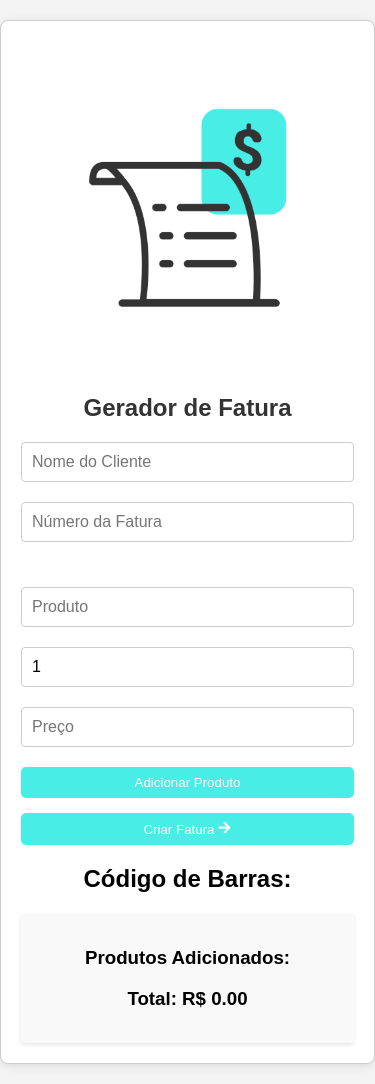
Repository: thmedu/Gerador-de-Faturas
Page: /
These files come from the project's save history. The page is drawn as it stood at one moment and after the next save; the edit follows.
The browser window is 375 px wide. The pictures show the whole page.
The project was rebuilt for these pictures with package versions that can differ from the ones it lists, and the page was loaded fresh each time. Also part of the build but not shown: vite.config.js, src/Componete/Template.jsx.

Above is the page before, as saved 2024-07-16 22:04:37.

### index.html
<!DOCTYPE html>
<html lang="pt-BR">

<head>
  <meta charset="UTF-8" />
  <meta name="viewport" content="width=device-width, initial-scale=1.0" />
  <meta name="description" content="Gere sua fatura de forma simples e rápida com nosso gerador de faturas em React." />
  <meta name="keywords" content="fatura, gerador de faturas, React, financeiro" />
  <meta name="author" content="Thomas Eduardo" />
  <link rel="stylesheet" href="./src/App.css">
  <link rel="icon" href="./public/logo.png" />
  <title>Gere sua Fatura</title>
</head>


<body>
  <div id="root"></div>
  <script type="module" src="./src/main.jsx"></script>
</body>

</html>

### src/App.css
/* Global Styles */
body {
  font-family: 'Arial', sans-serif;
  background-color: #f4f4f4;
  margin: 0;
  padding: 0;
}

.container {
  max-width: 800px;
  margin: 20px auto;
  padding: 20px;
  background: #ffffff;
  border-radius: 8px;
  box-shadow: 0 4px 8px rgba(0, 0, 0, 0.1);
}

.logo {
  display: block;
  margin: 0 auto 20px;
  max-width: 100%;
  height: auto;
}

.title {
  text-align: center;
  color: #333;
  margin-bottom: 20px;
}

/* Form Styles */
.form {
  display: flex;
  flex-direction: column;
  gap: 15px;
}

.inputs {
  display: flex;
  gap: 10px;
  flex-wrap: wrap; /* Allow wrapping */
}

.input-field {
  flex: 1;
  padding: 10px;
  border: 1px solid #ccc;
  border-radius: 4px;
  font-size: 16px;
  min-width: 200px; /* Minimum width for inputs */
  box-sizing: border-box; /* Include padding and border in width */
}

.submit-button {
  padding: 10px 15px;
  background-color: #48ede5;
  color: #fff;
  border: none;
  border-radius: 5px;
  cursor: pointer;
  transition: background-color 0.3s;
}

.submit-button:hover {
  background-color: #36b8c2;
}

.product-form {
  margin-top: 20px;
  display: flex;
  flex-direction: column;
  gap: 10px;
}

.product-form input {
  padding: 10px;
  border: 1px solid #ccc;
  border-radius: 4px;
  width: 100%; /* Full width for product inputs */
  box-sizing: border-box; /* Include padding and border in width */
}

/* Product List Styles */
.product-list {
  margin-top: 20px;
  padding: 10px;
  background: #f9f9f9;
  border-radius: 4px;
  box-shadow: 0 2px 4px rgba(0, 0, 0, 0.1);
}

.product-list ul {
  list-style-type: none;
  padding: 0;
}

.product-list li {
  padding: 8px 0;
  border-bottom: 1px solid #ddd;
}

.product-list li:last-child {
  border-bottom: none;
}

/* Barcode and PDF Container Styles */
.barcode-container {
  margin-top: 20px;
  text-align: center;
}

.pdf-container {
  padding: 20px;
  background: #ffffff;
  border-radius: 8px;
  box-shadow: 0 4px 8px rgba(0, 0, 0, 0.1);
}

/* Button Styles */
.back-button {
  margin-top: 20px;
  padding: 10px 15px;
  background-color: #ff6b6b;
  color: white;
  border: none;
  border-radius: 5px;
  cursor: pointer;
  transition: background-color 0.3s;
}

.back-button:hover {
  background-color: #e55b5b;
}

/* Media Queries */
@media (max-width: 600px) {
  .inputs {
    flex-direction: column;
  }

  .input-field {
    margin-bottom: 10px;
    width: 100%; /* Full width on small screens */
  }

  .product-list, .pdf-container {
    padding: 15px; /* Less padding for smaller screens */
  }

  .submit-button {
    width: 100%; /* Full width for the button */
  }

  .back-button {
    width: 100%; /* Full width for the back button */
  }
}

@media (max-width: 400px) {
  .submit-button, .back-button {
    padding: 8px; /* Smaller padding on extra small screens */
  }

  .title {
    font-size: 1.5em; /* Adjust font size for smaller screens */
  }
}

### src/main.jsx
import React from 'react';
import ReactDOM from 'react-dom/client';
import App from './App';
import 'react-toastify/dist/ReactToastify.css';
import { ToastContainer } from 'react-toastify';


const root = ReactDOM.createRoot(document.getElementById('root'));


root.render(
  <React.StrictMode>
    <ToastContainer />
    <App />
  </React.StrictMode>,
);

### src/App.jsx
import React, { useState, useEffect } from 'react';
import './App.css';
import TemplatePdf from './Componete/Template';
import Barcode from 'react-barcode';
import { FaArrowRight, FaArrowLeft, FaEdit, FaTrash } from 'react-icons/fa';
import { toast, ToastContainer } from 'react-toastify';
import logo from '/logo.png';

function App() {
  const [numeroDaFatura, setNumeroDaFatura] = useState('');
  const [nomeCliente, setNomeCliente] = useState('');
  const [data, setData] = useState('');
  const [visualizar, setVisualizar] = useState(true);
  const [loading, setLoading] = useState(false);
  const [produtos, setProdutos] = useState([]);
  const [produto, setProduto] = useState('');
  const [quantidade, setQuantidade] = useState(1);
  const [preco, setPreco] = useState('');
  const [editIndex, setEditIndex] = useState(null);

  useEffect(() => {
    const atual = new Date();
    const dataFormatada = `${String(atual.getDate()).padStart(2, '0')}/${String(
      atual.getMonth() + 1,
    ).padStart(2, '0')}/${atual.getFullYear()}`;
    setData(dataFormatada);

    const storedData = JSON.parse(localStorage.getItem('invoiceData'));
    if (storedData) {
      setNumeroDaFatura(storedData.numeroDaFatura);
      setNomeCliente(storedData.nomeCliente);
      setProdutos(storedData.produtos);
    }
  }, []);

  useEffect(() => {
    localStorage.setItem(
      'invoiceData',
      JSON.stringify({ numeroDaFatura, nomeCliente, produtos }),
    );
  }, [numeroDaFatura, nomeCliente, produtos]);

  const validarEntrada = () => {
    if (!numeroDaFatura.match(/^[0-9]+$/)) {
      toast.error('Por favor, insira um número de fatura válido.');
      return false;
    }
    if (!nomeCliente) {
      toast.error('Por favor, insira o nome do cliente.');
      return false;
    }
    return true;
  };

  const criarFatura = () => {
    if (!validarEntrada()) return;

    setLoading(true);
    setTimeout(() => {
      toast.success('Fatura criada com sucesso!');
      setLoading(false);
      setVisualizar(false);
    }, 500);
  };

  const validarEntradaProduto = () => {
    if (!produto) {
      toast.error('Por favor, insira o nome do produto.');
      return false;
    }
    if (quantidade <= 0) {
      toast.error('Quantidade deve ser maior que zero.');
      return false;
    }
    if (preco <= 0) {
      toast.error('Preço deve ser maior que zero.');
      return false;
    }
    return true;
  };

  const adicionarProduto = () => {
    if (validarEntradaProduto()) {
      const newProduto = {
        produto,
        quantidade: Number(quantidade),
        preco: Number(preco),
      };
      if (editIndex !== null) {
        const updatedProdutos = produtos.map((item, index) =>
          index === editIndex ? newProduto : item,
        );
        setProdutos(updatedProdutos);
        setEditIndex(null);
        toast.success('Produto atualizado com sucesso!');
      } else {
        setProdutos((prevProdutos) => [...prevProdutos, newProduto]);
        toast.success('Produto adicionado com sucesso!');
      }
      resetProdutoFields();
    }
  };

  const editarProduto = (index) => {
    const produtoEditado = produtos[index];
    setProduto(produtoEditado.produto);
    setQuantidade(produtoEditado.quantidade);
    setPreco(produtoEditado.preco);
    setEditIndex(index);
  };

  const removerProduto = (index) => {
    setProdutos(produtos.filter((_, i) => i !== index));
    toast.success('Produto removido com sucesso!');
  };

  const resetProdutoFields = () => {
    setProduto('');
    setQuantidade(1);
    setPreco('');
  };

  const totalFatura = produtos.reduce(
    (acc, curr) => acc + curr.quantidade * curr.preco,
    0,
  );

  const voltar = () => {
    setVisualizar(true);
    resetForm();
  };

  const resetForm = () => {
    setNumeroDaFatura('');
    setNomeCliente('');
    setProdutos([]);
    localStorage.removeItem('invoiceData');
  };

  return (
    <>
      <ToastContainer />
      {visualizar ? (
        <div className="container">
          <img src={logo} alt="Logo" className="logo" />
          <h1 className="title">Gerador de Fatura</h1>
          <div className="form">
            <div className="inputs">
              <input
                type="text"
                placeholder="Nome do Cliente"
                value={nomeCliente}
                onChange={(e) => setNomeCliente(e.target.value)}
                disabled={loading}
                className="input-field"
                required
              />
              <input
                type="text"
                placeholder="Número da Fatura"
                value={numeroDaFatura}
                onChange={(e) => setNumeroDaFatura(e.target.value)}
                disabled={loading}
                className="input-field"
                required
              />
            </div>
            <div className="product-form">
              <input
                type="text"
                placeholder="Produto"
                value={produto}
                onChange={(e) => setProduto(e.target.value)}
                className="input-field"
              />
              <input
                type="number"
                placeholder="Quantidade"
                value={quantidade}
                onChange={(e) => setQuantidade(e.target.value)}
                className="input-field"
                min="1"
              />
              <input
                type="number"
                placeholder="Preço"
                value={preco}
                onChange={(e) => setPreco(e.target.value)}
                className="input-field"
                min="0"
              />
              <button onClick={adicionarProduto} className="submit-button">
                {editIndex !== null ? 'Atualizar Produto' : 'Adicionar Produto'}
              </button>
            </div>
            <div className="buttons">
              <button
                onClick={criarFatura}
                disabled={loading}
                className="submit-button"
                title={
                  loading
                    ? 'Aguarde enquanto a fatura é criada'
                    : 'Criar fatura'
                }
              >
                {loading ? 'Criando...' : 'Criar Fatura'} <FaArrowRight />
              </button>
            </div>
          </div>
          <div className="barcode-container">
            <h2>Código de Barras:</h2>
            {numeroDaFatura && <Barcode value={numeroDaFatura} />}
          </div>
          <div className="product-list">
            <h3>Produtos Adicionados:</h3>
            <ul>
              {produtos.map((item, index) => (
                <li key={index}>
                  {item.quantidade} x {item.produto} @ R${' '}
                  {item.preco.toFixed(2)} = R${' '}
                  {(item.quantidade * item.preco).toFixed(2)}
                  <button onClick={() => editarProduto(index)}>
                    <FaEdit />
                  </button>
                  <button onClick={() => removerProduto(index)}>
                    <FaTrash />
                  </button>
                </li>
              ))}
            </ul>
            <h3>Total: R$ {totalFatura.toFixed(2)}</h3>
          </div>
        </div>
      ) : (
        <div className="pdf-container">
          <TemplatePdf
            NumeroDaFatura={numeroDaFatura}
            data={data}
            nomeCliente={nomeCliente}
            produtos={produtos}
            total={totalFatura}
          />
          <button onClick={voltar} className="back-button">
            Voltar <FaArrowLeft />
          </button>
        </div>
      )}
    </>
  );
}

export default App;

### src/Componete/Template.css
/* Template.css */

.container {
  max-width: 800px;
  margin: 20px auto;
  padding: 20px;
  border: 1px solid #ccc;
  border-radius: 8px;
  box-shadow: 0 2px 10px rgba(0, 0, 0, 0.1);
  background-color: #fff;
  text-align: center; /* Center align text */
}

.logo {
  margin-bottom: 20px; /* Space below logo */
}

.logo img {
  max-width: 100%;
  height: auto;
}

.title {
  color: #333;
  font-size: 2em; /* Increased font size for better visibility */
  margin-bottom: 20px; /* Space below title */
}

.client-info,
.payment-method {
  margin: 15px 0;
  font-size: 1.1em; /* Slightly larger text for better readability */
}

.table {
  width: 100%;
  border-collapse: collapse;
  margin: 20px 0;
}

.table th,
.table td {
  border: 1px solid #ddd;
  padding: 12px; /* Increased padding for better spacing */
  text-align: left;
}

.table th {
  background-color: #f2f2f2;
  font-weight: bold; /* Bold font for table headers */
}

.text-right {
  text-align: right;
}

.remove-button {
  background-color: transparent;
  border: none;
  color: #e74c3c;
  cursor: pointer;
}

.remove-button:hover {
  text-decoration: underline;
}

.notes {
  margin: 20px 0;
  font-size: 0.9em; /* Smaller font for notes */
  color: #555; /* Softer color for notes */
}

.button-group {
  display: flex;
  justify-content: center; /* Center buttons */
  flex-wrap: wrap; /* Allow buttons to wrap on smaller screens */
}

.print-button,
.add-button {
  padding: 10px 15px;
  border: none;
  border-radius: 5px;
  background-color: #48ede5;
  color: white;
  cursor: pointer;
  transition: background-color 0.3s;
  margin: 5px; /* Spacing between buttons */
  flex: 1; /* Allow buttons to grow */
  max-width: 200px; /* Limit button width */
}

.print-button:hover,
.add-button:hover {
  background-color: #39b2c4;
}

.dialog-title {
  display: flex;
  justify-content: space-between;
  align-items: center;
}

.forms {
  display: flex;
  flex-direction: column;
  align-items: center; /* Center align forms */
}

.forms input {
  margin: 10px 0;
  padding: 10px;
  border: 1px solid #ddd;
  border-radius: 5px;
  width: 100%; /* Full width for inputs */
  box-sizing: border-box; /* Include padding and border in width */
}

.icon-cross {
  cursor: pointer;
  color: #e74c3c;
}

.icon-cross:hover {
  opacity: 0.8;
}

.success-message {
  color: #28a745;
  margin: 10px 0;
  text-align: center;
}

/* Media Queries */
@media (max-width: 600px) {
  .forms {
    align-items: center; /* Center align forms on small screens */
  }

  .button-group {
    flex-direction: column; /* Stack buttons vertically */
  }

  .print-button,
  .add-button {
    max-width: 100%; /* Full width for buttons on small screens */
  }

  .title {
    font-size: 1.5em; /* Responsive title size */
  }
}

After the next save:
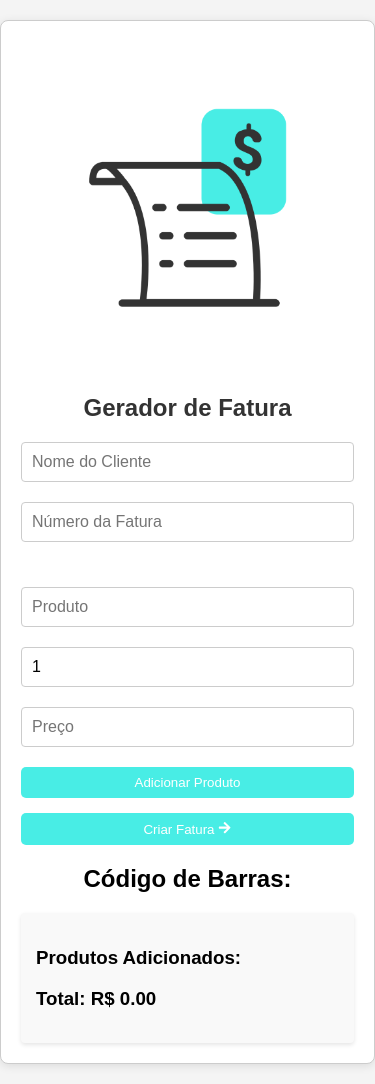
Saved 13 s later.
--- a/src/Componete/Template.css
+++ b/src/Componete/Template.css
@@ -8,11 +8,10 @@
   border-radius: 8px;
   box-shadow: 0 2px 10px rgba(0, 0, 0, 0.1);
   background-color: #fff;
-  text-align: center; /* Center align text */
 }
 
 .logo {
-  margin-bottom: 20px; /* Space below logo */
+  text-align: center;
 }
 
 .logo img {
@@ -21,15 +20,17 @@
 }
 
 .title {
+  text-align: center;
   color: #333;
-  font-size: 2em; /* Increased font size for better visibility */
-  margin-bottom: 20px; /* Space below title */
+  font-size: 1.8em; /* Responsive font size */
 }
 
-.client-info,
+.client-info {
+  margin: 20px 0;
+}
+
 .payment-method {
   margin: 15px 0;
-  font-size: 1.1em; /* Slightly larger text for better readability */
 }
 
 .table {
@@ -38,16 +39,14 @@
   margin: 20px 0;
 }
 
-.table th,
-.table td {
+.table th, .table td {
   border: 1px solid #ddd;
-  padding: 12px; /* Increased padding for better spacing */
+  padding: 8px;
   text-align: left;
 }
 
 .table th {
   background-color: #f2f2f2;
-  font-weight: bold; /* Bold font for table headers */
 }
 
 .text-right {
@@ -68,17 +67,15 @@
 .notes {
   margin: 20px 0;
   font-size: 0.9em; /* Smaller font for notes */
-  color: #555; /* Softer color for notes */
 }
 
 .button-group {
   display: flex;
-  justify-content: center; /* Center buttons */
+  justify-content: space-between;
   flex-wrap: wrap; /* Allow buttons to wrap on smaller screens */
 }
 
-.print-button,
-.add-button {
+.print-button, .add-button {
   padding: 10px 15px;
   border: none;
   border-radius: 5px;
@@ -86,13 +83,12 @@
   color: white;
   cursor: pointer;
   transition: background-color 0.3s;
-  margin: 5px; /* Spacing between buttons */
   flex: 1; /* Allow buttons to grow */
   max-width: 200px; /* Limit button width */
+  margin: 5px; /* Spacing between buttons */
 }
 
-.print-button:hover,
-.add-button:hover {
+.print-button:hover, .add-button:hover {
   background-color: #39b2c4;
 }
 
@@ -105,7 +101,6 @@
 .forms {
   display: flex;
   flex-direction: column;
-  align-items: center; /* Center align forms */
 }
 
 .forms input {
@@ -126,12 +121,6 @@
   opacity: 0.8;
 }
 
-.success-message {
-  color: #28a745;
-  margin: 10px 0;
-  text-align: center;
-}
-
 /* Media Queries */
 @media (max-width: 600px) {
   .forms {
@@ -142,8 +131,7 @@
     flex-direction: column; /* Stack buttons vertically */
   }
 
-  .print-button,
-  .add-button {
+  .print-button, .add-button {
     max-width: 100%; /* Full width for buttons on small screens */
   }
 
